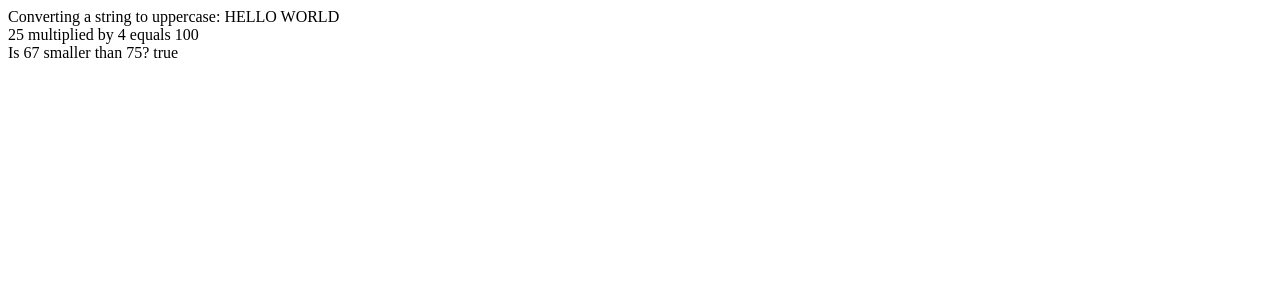
Repository: souptikmaiti/j2ee-practice
Page: http://localhost/jspdemo/expression-test.jsp
The author's editor kept a copy of each file at every save. The page is drawn from the files as they stood at one save, then again after the next save.
The browser window is 1280 px wide. The pictures show the whole page.
The page is served by Tomcat 9.

Above is the page before, as saved 2021-01-08 16:20:40.

After the next save:
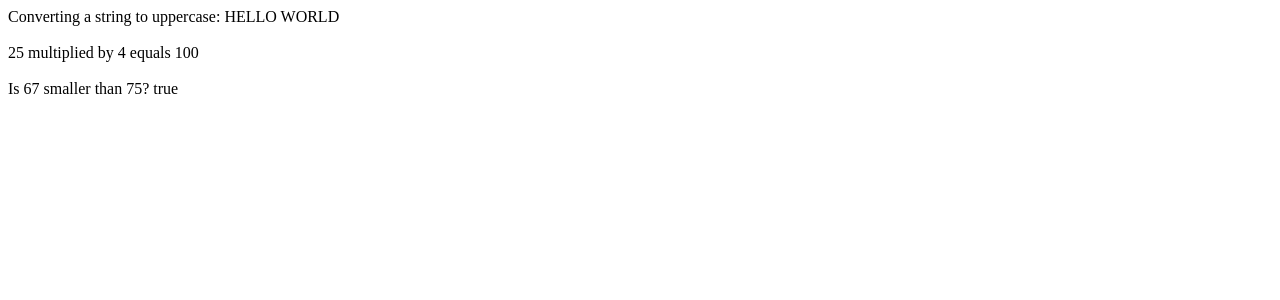
Saved 38 s later.
--- a/jspdemo/WebContent/expression-test.jsp
+++ b/jspdemo/WebContent/expression-test.jsp
@@ -3,9 +3,9 @@
 <body>
 
 Converting a string to uppercase: <%= new String("Hello world").toUpperCase() %>
-<br/>
+<br/><br/>
 25 multiplied by 4 equals <%= 25*4 %>
-<br/>
+<br/><br/>
 Is 67 smaller than 75? <%= 67 < 75 %>
 </body>
 </html>
